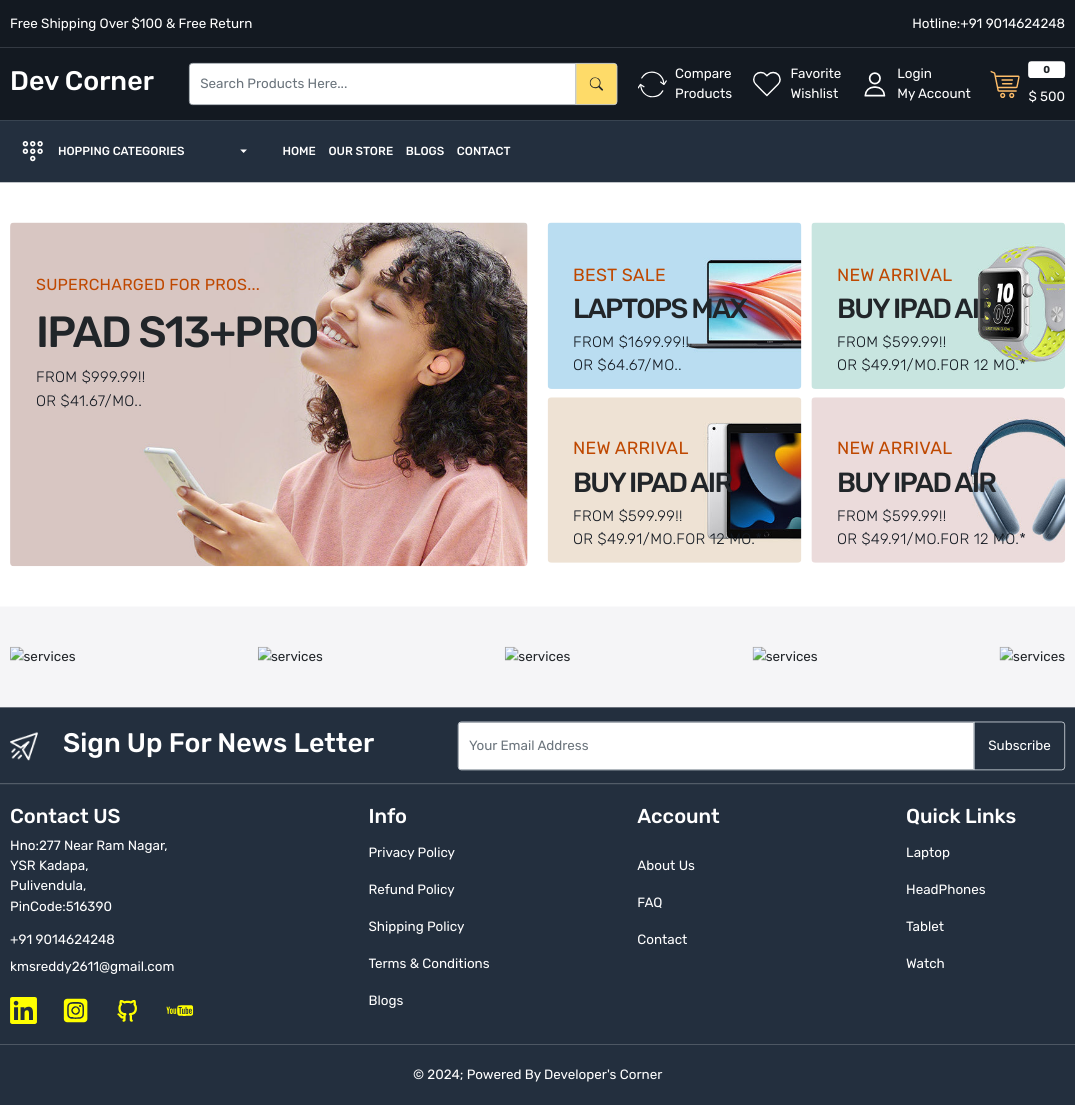
Repository: maniheist/ecommerce-app
Page: /
These files come from the project's save history. The page is drawn as it stood at one moment and after the next save; the edit follows.
The browser window is 1280 px wide. The pictures show the whole page, at 84% of full size.
The project was rebuilt for these pictures with package versions that can differ from the ones it lists, and the page was loaded fresh each time. Also part of the build but not shown: src/pages/About.js, src/pages/Contact.js.

Above is the page before, as saved 2024-02-18 19:11:55.

After the next save:
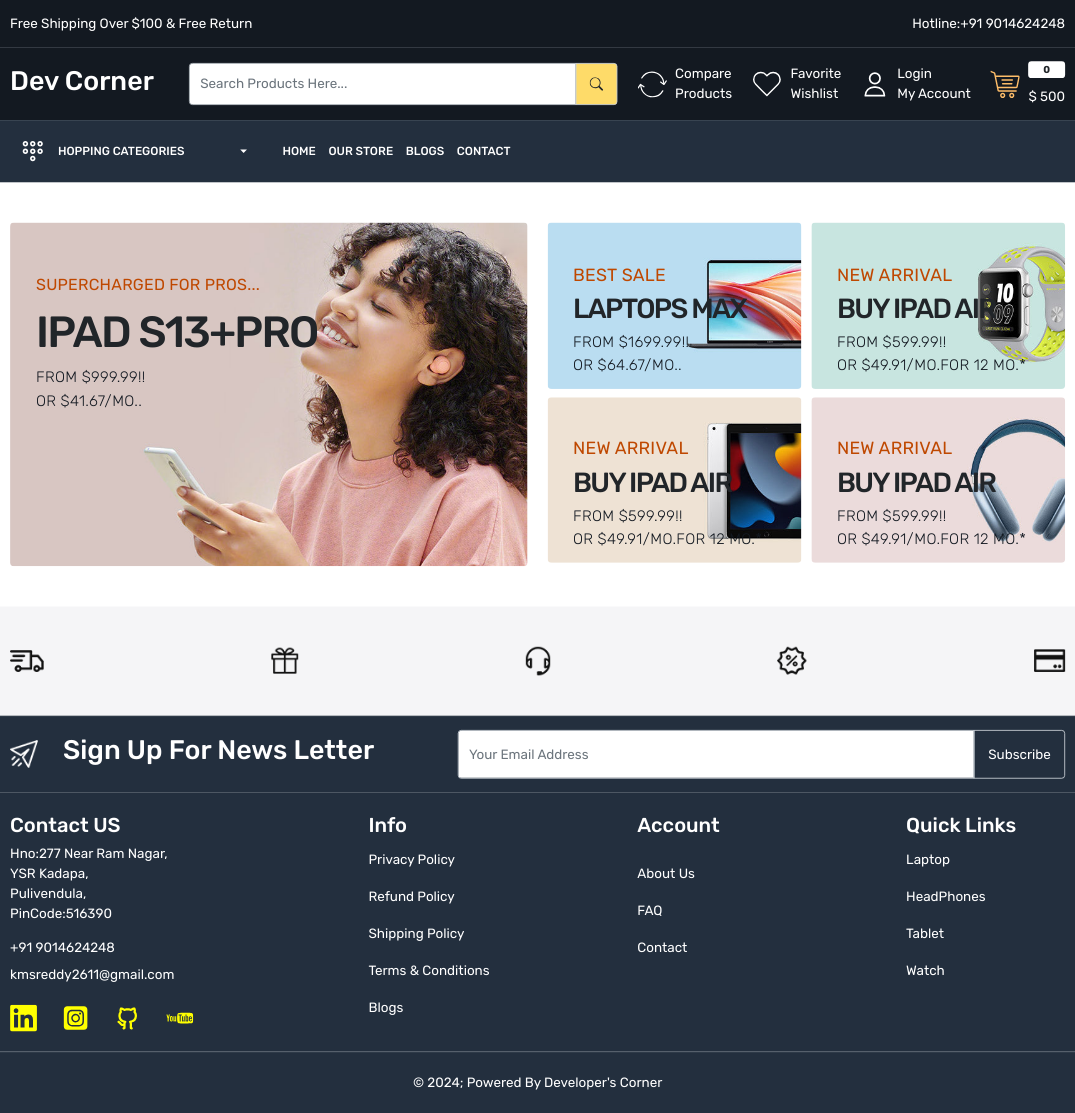
Saved 64 s later.
--- a/src/pages/Home.js
+++ b/src/pages/Home.js
@@ -69,11 +69,11 @@
         <div className='row'>
           <div className='col-12'>
             <div className='services d-flex align-items-center justify-content-between'>
-            <div><img src="" alt="services" /></div>
-            <div><img src="" alt="services" /></div>
-            <div><img src="" alt="services" /></div>
-            <div><img src="" alt="services" /></div>
-            <div><img src="" alt="services" /></div>
+            <div><img src="images/service.png" alt="services" /></div>
+            <div><img src="images/service-02.png" alt="services" /></div>
+            <div><img src="images/service-03.png" alt="services" /></div>
+            <div><img src="images/service-04.png" alt="services" /></div>
+            <div><img src="images/service-05.png" alt="services" /></div>
 
             </div>
           </div>
